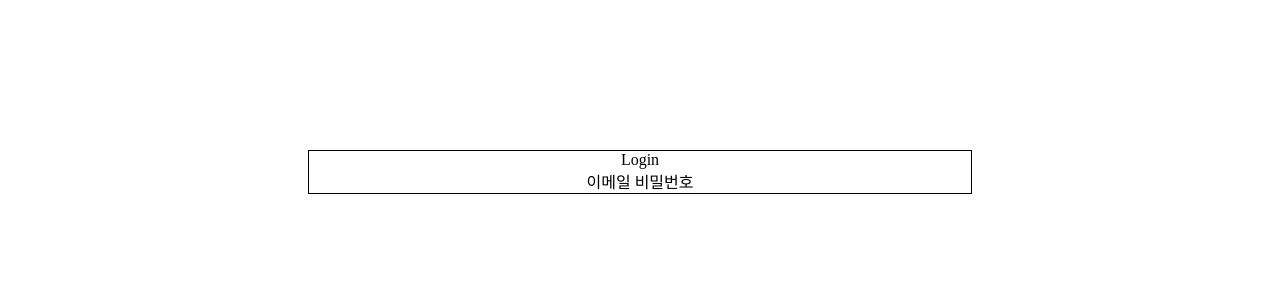
Repository: smandkd/Multicampus_Frontend
Page: http://localhost/Mulcam_Project/jsp/login.jsp
The author's editor kept a copy of each file at every save. The page is drawn from the files as they stood at one save, then again after the next save.
The browser window is 1280 px wide. The pictures show the whole page.
The page is served by Tomcat 9.

Above is the page before, as saved 2022-01-30 01:56:36.

After the next save:
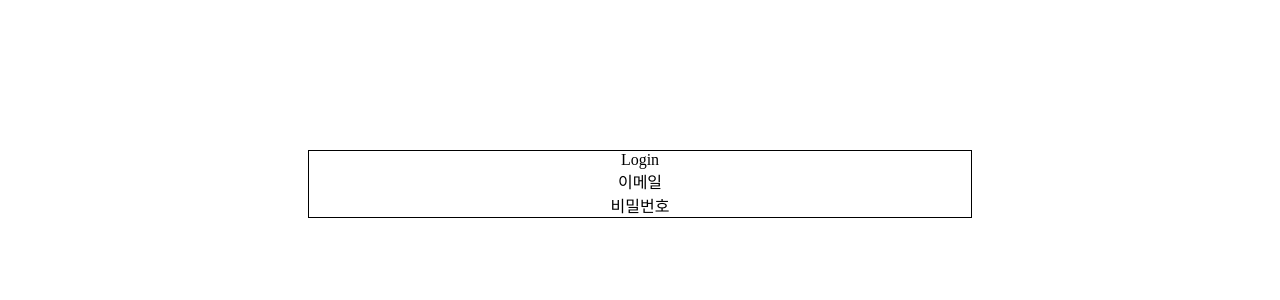
Saved 13 s later.
--- a/Mulcam_Project/jsp/login.jsp
+++ b/Mulcam_Project/jsp/login.jsp
@@ -23,6 +23,7 @@
 	Login
 	<div class="b">
 		이메일
+		<br/>
 		비밀번호
 	</div>
 </div>
